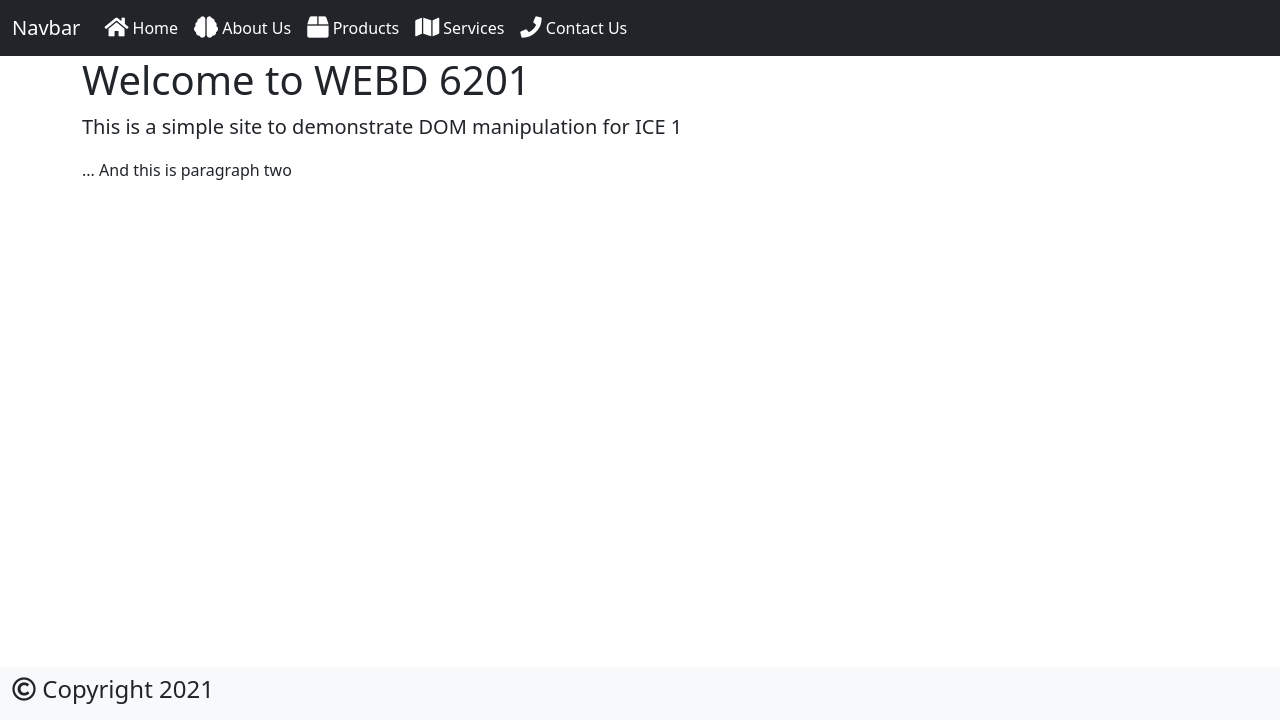
Repository: AshokSasi/WEBD6201-Week3
Page: index.html
These files come from the project's save history. The page is drawn as it stood at one moment and after the next save; the edit follows.
The browser window is 1280 px wide. The pictures show the whole page.

Above is the page before, as saved 2021-01-20 09:54:20.

After the next save:
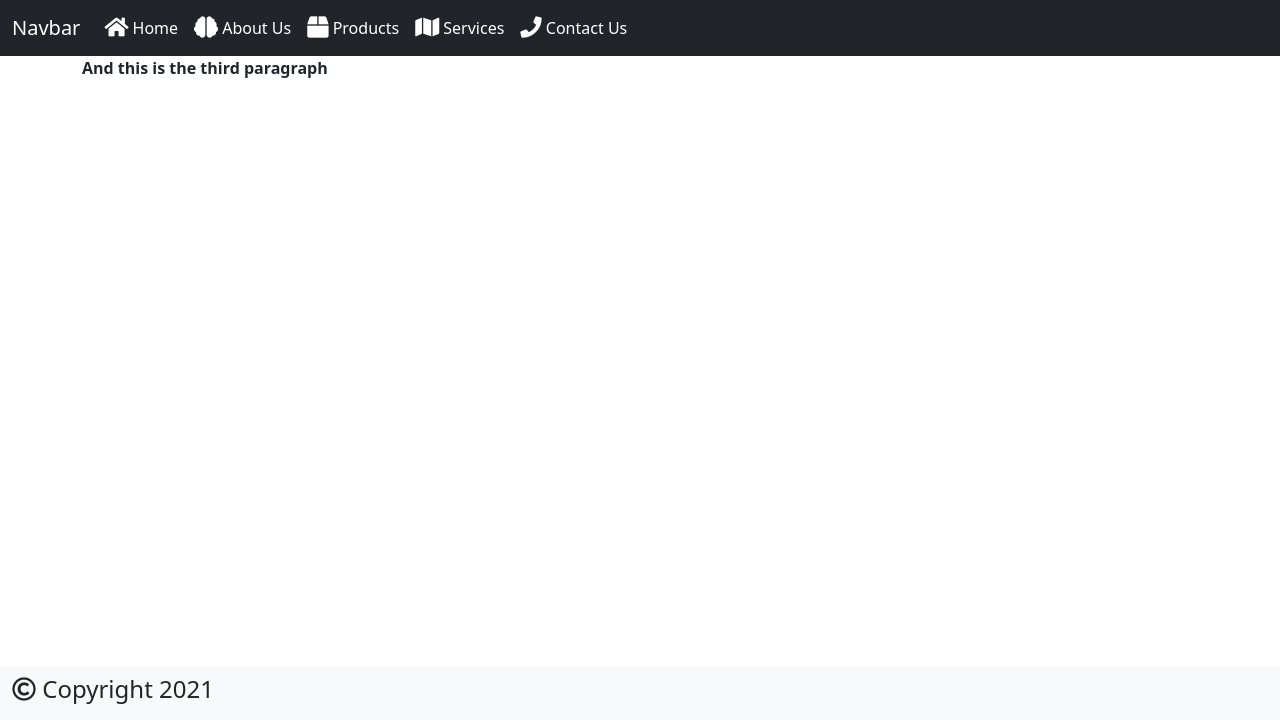
Saved 116 s later.
--- a/Scripts/app.js
+++ b/Scripts/app.js
@@ -30,6 +30,7 @@
         newParagraph.className = "fs-6";
 
         let paragraphThree= `<p class="fs-7 fw-bold">And this is the third paragraph</p>`;
+        mainContent.innerHTML=paragraphThree;
     }
     window.addEventListener("load", Start);
 })();

After the save that followed:
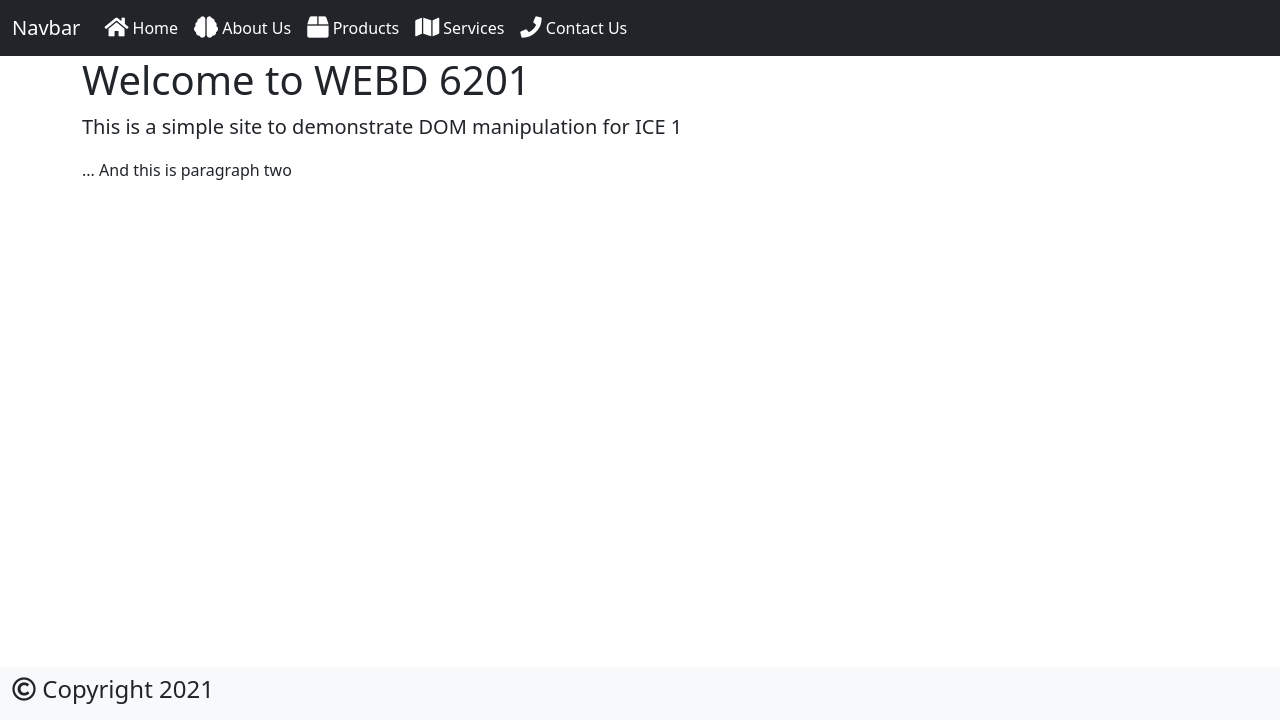
Saved 112 s later.
--- a/Scripts/app.js
+++ b/Scripts/app.js
@@ -29,8 +29,9 @@
 
         newParagraph.className = "fs-6";
 
-        let paragraphThree= `<p class="fs-7 fw-bold">And this is the third paragraph</p>`;
-        mainContent.innerHTML=paragraphThree;
+        //another way of injecting content
+        //let paragraphThree= `<p class="fs-7 fw-bold">And this is the third paragraph</p>`;
+       // mainContent.innerHTML=paragraphThree;
     }
     window.addEventListener("load", Start);
 })();
